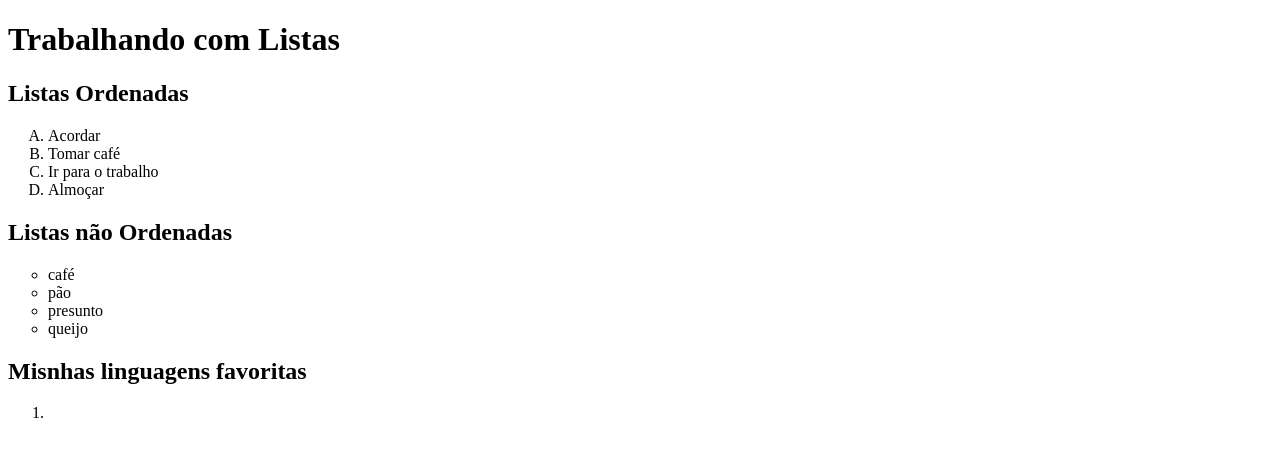
Repository: Iamjordana/html-css
Page: Html Css/Exercicios/ex009/index.html
An editor plug-in stored every save of this project. The page is shown before and after a run of saves, followed by the edit.
The browser window is 1280 px wide. The pictures show the whole page.

Above is the page before, as saved 2025-01-08 18:13:15.

### Html Css/Exercicios/ex009/index.html
<!DOCTYPE html>
<html lang="pt-br">
<head>
    <meta charset="UTF-8">
    <meta name="viewport" content="width=device-width, initial-scale=1.0">
    <title>Listas</title>
</head>
<body>
    <h1>Trabalhando com Listas</h1> <!--Lista Simples-->
    <h2>Listas Ordenadas</h2>
    <ol type="A"> <!--1 A a I i-->
        <li>Acordar</li>
        <li>Tomar café</li>
        <li>Ir para o trabalho</li>
        <li>Almoçar</li>
    </ol>

    <h2>Listas não Ordenadas</h2>
    <ul type = "Circle"> <!--Circle square disc-->
        <li>café</li>
        <li>pão</li>
        <li>presunto</li>
        <li>queijo</li>
    </ul>

<h2>Misnhas linguagens favoritas</h2>
<ol>
    <li></li>
</ol>


</body>
</html>

After the next 3 saves:
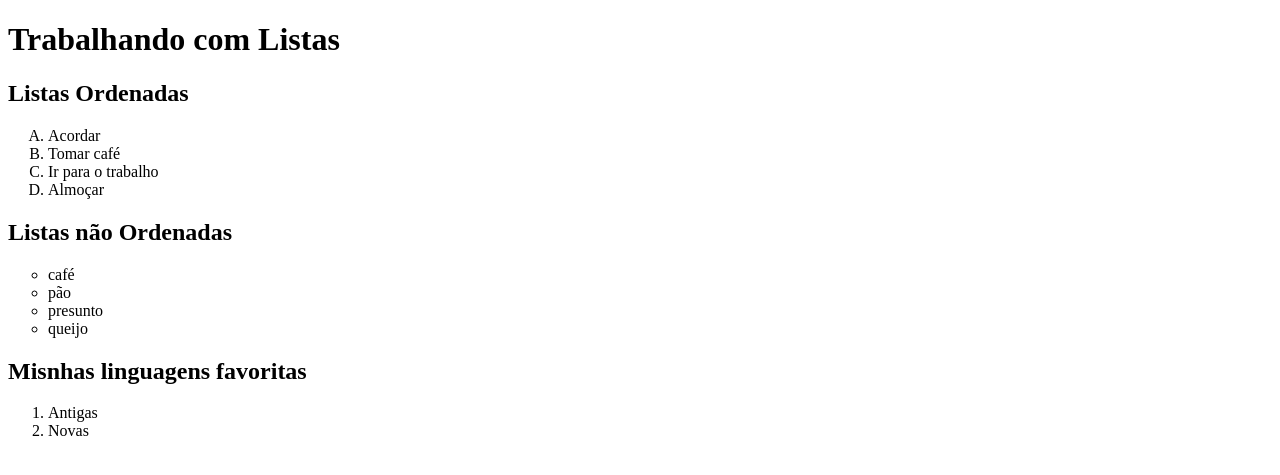
The 3 saves are shown as one change because they came seconds apart.
The last was saved 10 s later.
--- a/Html Css/Exercicios/ex009/index.html
+++ b/Html Css/Exercicios/ex009/index.html
@@ -25,7 +25,8 @@
 
 <h2>Misnhas linguagens favoritas</h2>
 <ol>
-    <li></li>
+    <li>Antigas</li>
+    <li>Novas</li>
 </ol>
 
 
